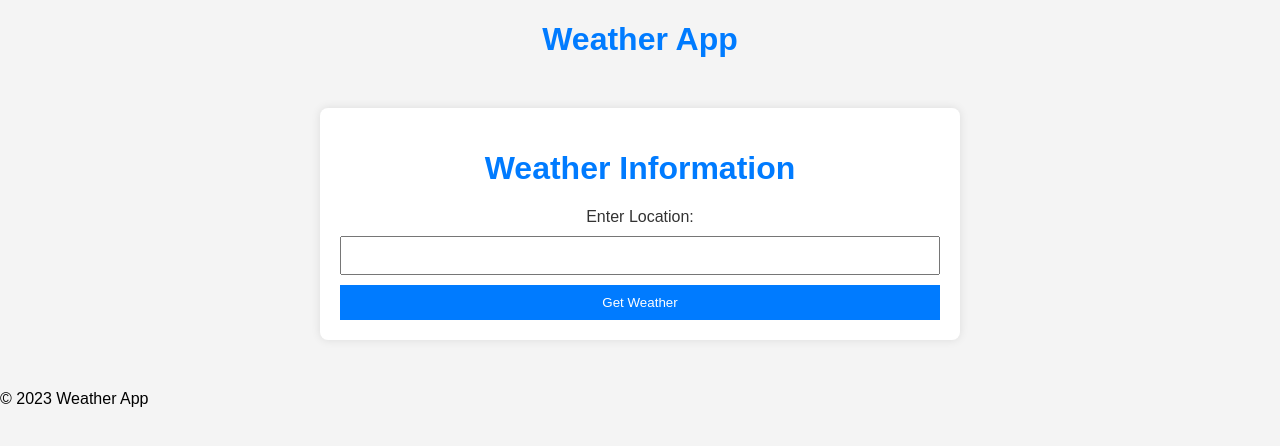
Repository: muke2110/weather
Page: http://localhost/
These files come from the project's save history. The page is drawn as it stood at one moment and after the next save; the edit follows.
The browser window is 1280 px wide. The pictures show the whole page.
The page is served by the project's Node server (app.js).

Above is the page before, as saved 2023-12-03 20:07:42.

### views/index.ejs
<!DOCTYPE html>
<html lang="en">
<head>
  <meta charset="UTF-8">
  <meta name="viewport" content="width=device-width, initial-scale=1.0">
  <title>Weather Information</title>
  <link rel="stylesheet" href="/styles.css">

</head>
<body>
  <header>
    <!-- Your header content goes here -->
    <h1>Weather App</h1>
  </header>
  <div class="container">
    <h1>Weather Information</h1>

    <form action="/location" method="post">
      <label for="locationInput">Enter Location:</label>
      <input type="text" id="locationInput" name="location" required>
      <button type="submit">Get Weather</button>
    </form>

    <% if (error) { %>
      <p class="error-message">Error: <%= error %></p>
    <% } else if (location) { %>
      <div id="weatherResult">
        <img src= <%= png %>>
        <p>Location: <%= place.name %></p>
        <p>Temperature: <%= location.temp_c %>°C</p>
        <p>Condition: <%= location.condition.text %></p>
      </div>
    <% } %>
  </div>
  <footer>
    <!-- Your footer content goes here -->
    <p>&copy; 2023 Weather App</p>
  </footer>
</body>
<script>
  if (performance.navigation.type === 1) {
    // Redirect to the home page
    window.location.href = "/";
  }
</script>
</html>

### app.js
const axios = require('axios');
const express = require('express');
const app = express();
const port = 3000;

app.use(express.json());
app.use(express.urlencoded({ extended: true }));
// Add this line after app initialization
app.use(express.static('public'));


app.set('view engine', 'ejs');

app.get('/', (req, res) => {
  res.render('index', { error: null, location: null });
});

app.post('/location', async (req, res) => {
  const { location } = req.body;

  if (!location) {
    return res.render('index', { error: 'Location is required in the request body', location: null });
  }

  const apiUrl = `https://api.weatherapi.com/v1/current.json?key=c3961c028a3640cfad7132456230212&q=${location}&aqi=yes`;

  try {
    const response = await axios.get(apiUrl);
    const data = response.data;

    console.log(data);
    // Render the EJS file with the weather information
    res.render('index', { error: null, location: data.current ,place: data.location, png:data.current.condition.icon});
  } catch (error) {
    console.error('Error fetching data:', error);
    res.render('index', { error: 'Internal Server Error', location: null });
  }
});

app.listen(port, () => {
  console.log(`Server is running on port ${port}`);
});

### public/styles.css
/* styles.css */

body {
    font-family: Arial, sans-serif;
    margin: 0;
    padding: 0;
    background-color: #f4f4f4;
}

.container {
    max-width: 600px;
    margin: 50px auto;
    background-color: #fff;
    padding: 20px;
    border-radius: 8px;
    box-shadow: 0 0 10px rgba(0, 0, 0, 0.1);
}

h1 {
    text-align: center;
    color: #007bff; /* Changed color to a blue shade */
}

form {
    display: flex;
    flex-direction: column;
    align-items: center;
    margin-top: 20px; /* Added margin-top for better spacing */
}

label {
    margin-bottom: 10px;
    color: #333;
}

input {
    padding: 10px;
    margin-bottom: 10px;
    width: 100%; /* Make the input take full width */
    box-sizing: border-box; /* Include padding and border in the width */
}

button {
    padding: 10px;
    background-color: #007bff;
    color: #fff;
    border: none;
    cursor: pointer;
    transition: background-color 0.3s;
    width: 100%; /* Make the button take full width */
    box-sizing: border-box; /* Include padding and border in the width */
}

button:hover {
    background-color: #0056b3;
}

#weatherResult {
    margin-top: 20px;
    padding: 20px;
    border: 1px solid #ddd;
    border-radius: 8px;
    background-color: #f9f9f9;
}

After the next save:
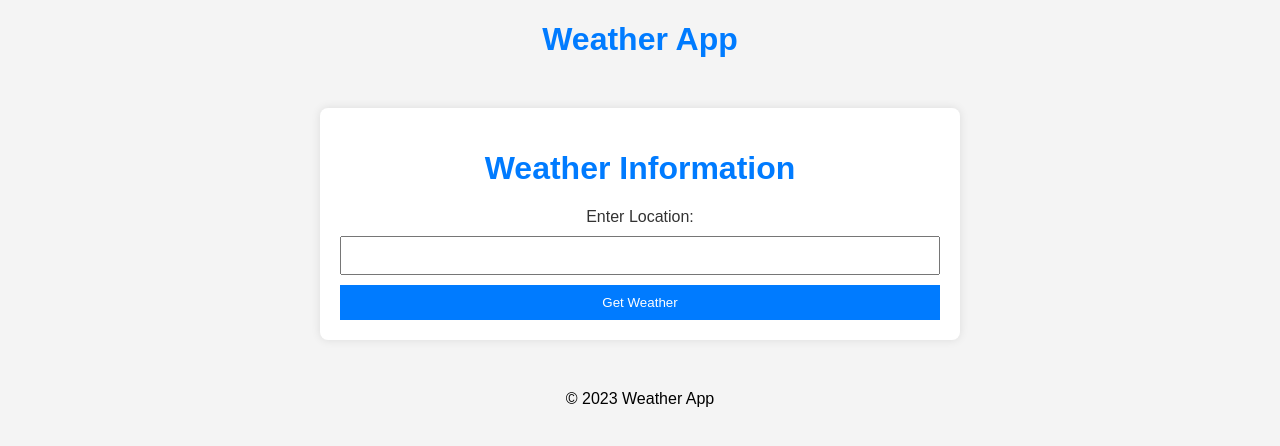
Saved 52 s later.
--- a/public/styles.css
+++ b/public/styles.css
@@ -62,3 +62,8 @@ button:hover {
     border-radius: 8px;
     background-color: #f9f9f9;
 }
+
+footer {
+    text-align: center;
+    margin-top: 20px; /* Adjust as needed for spacing between content and footer */
+}
